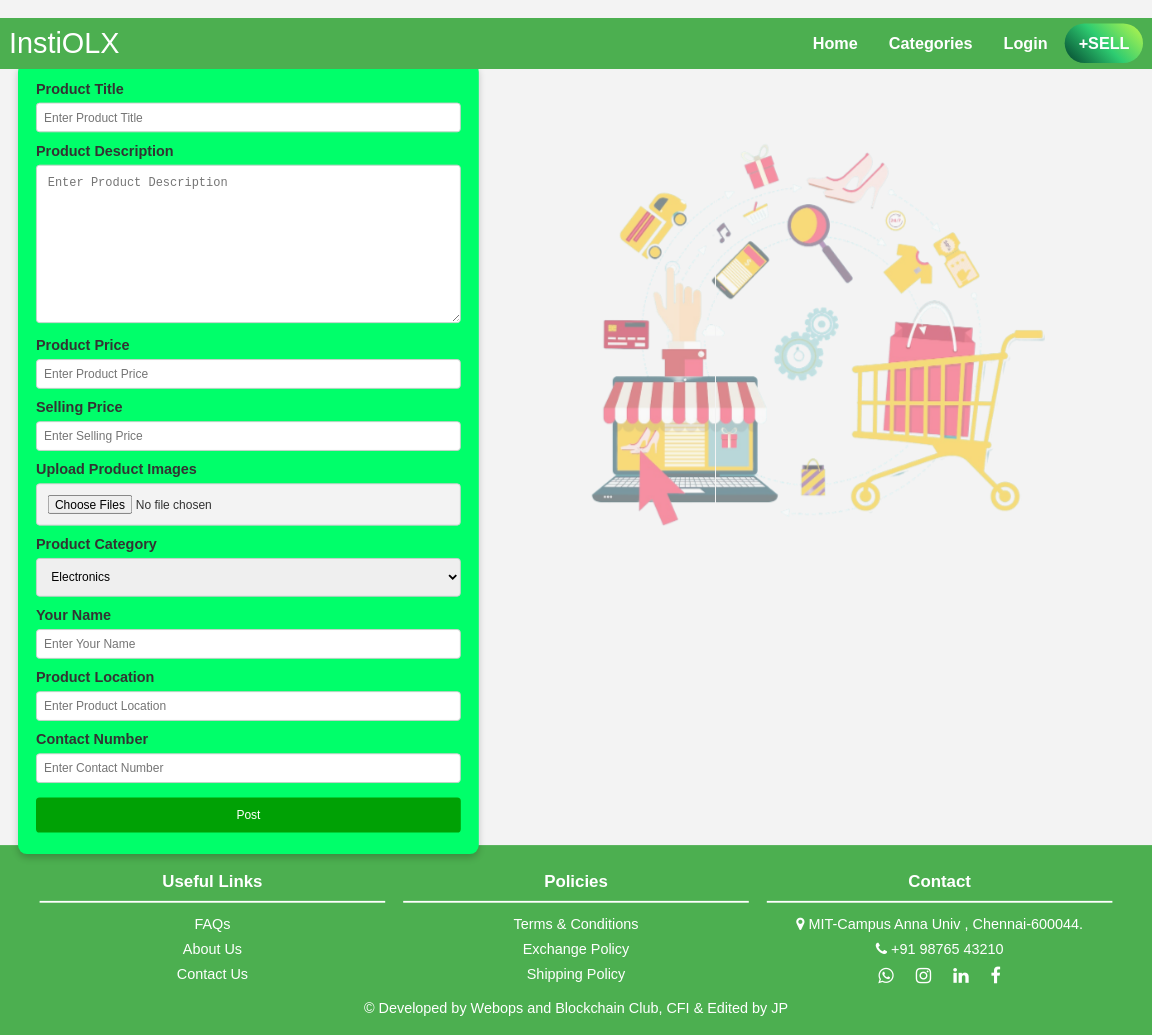
Repository: John-Prabu-A/web-dev-summer-school
Page: Session_1_Assignment/sell.html
An editor plug-in stored every save of this project. The page is shown before and after the next save, followed by the edit.
The browser window is 1280 px wide. The pictures show the whole page, at 90% of full size.

Above is the page before, as saved 2024-06-20 16:19:43.

After the next save:
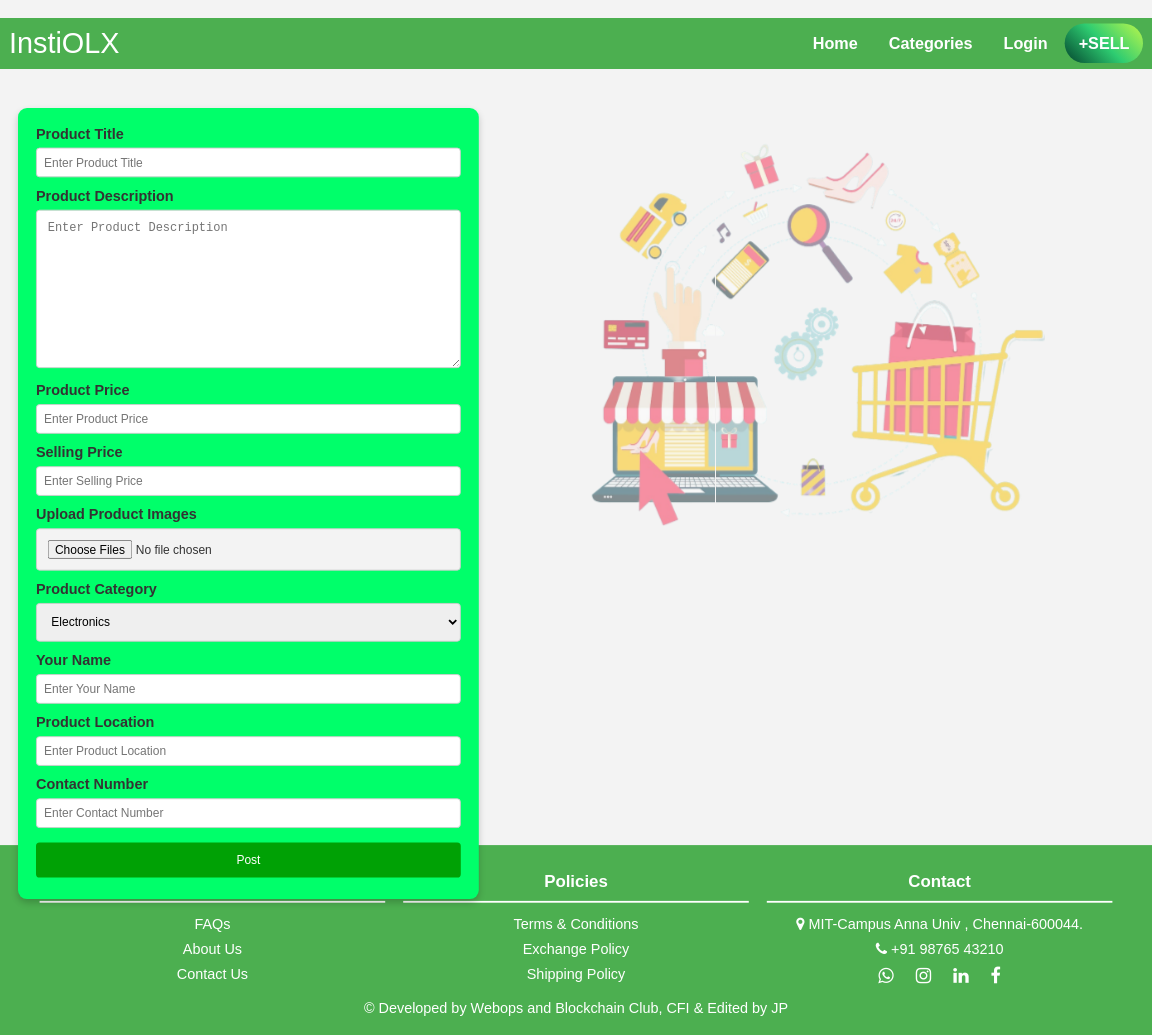
Saved 5 s later.
--- a/Session_1_Assignment/sell-page.css
+++ b/Session_1_Assignment/sell-page.css
@@ -27,7 +27,7 @@ img {
 .container {
     display: block;
     position: relative;
-    top: 50px;
+    top: 100px;
     padding: 16px;
     margin: 20px;
     background-color: #00ff6a;
